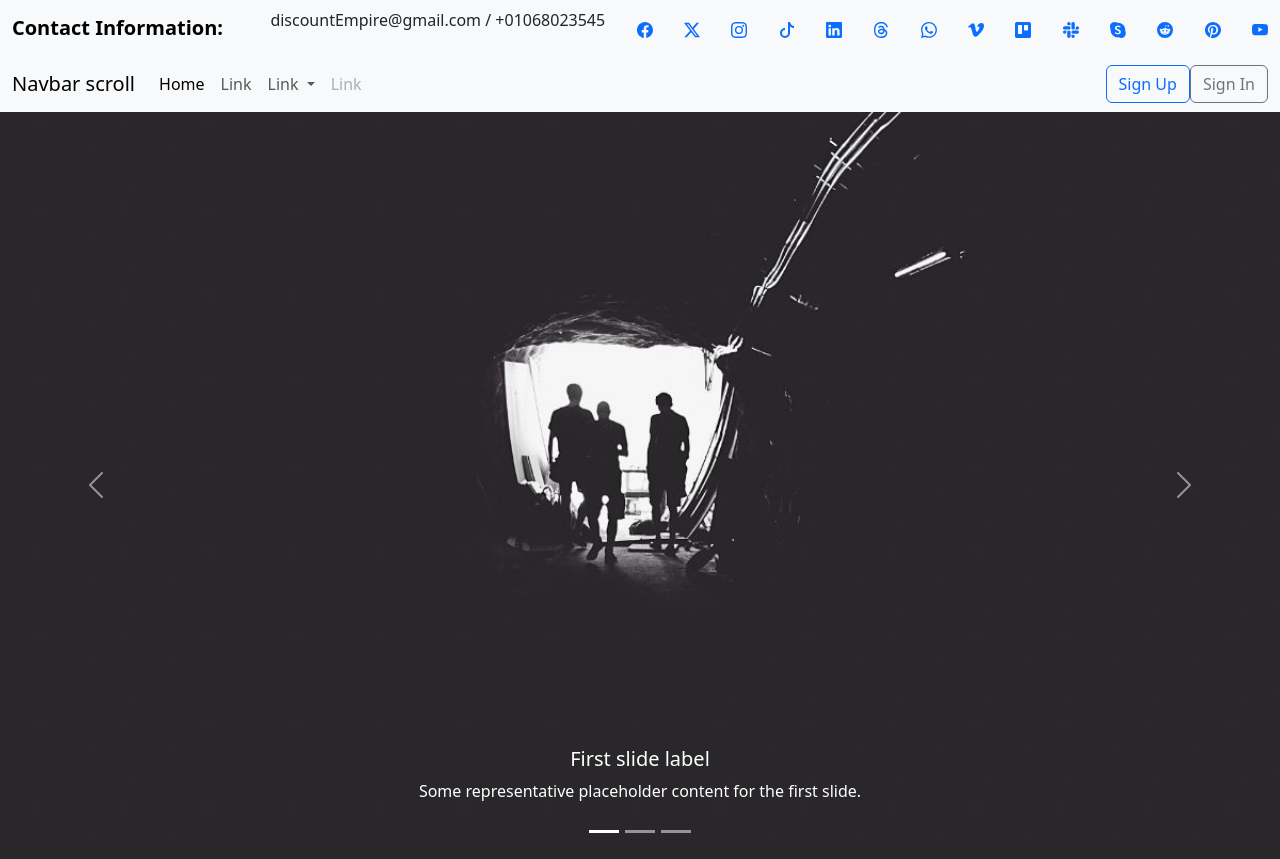
Repository: HaziimYassien/The-Discount-Empire
Page: index.html
The author's editor kept a copy of each file at every save. The page is drawn from the files as they stood at one save, then again after the next save.
The browser window is 1280 px wide. The pictures show the whole page.

Above is the page before, as saved 2024-01-24 18:11:49.

### index.html
<!DOCTYPE html>
<html lang="en">
  <head>
    <meta charset="UTF-8" />
    <meta name="viewport" content="width=device-width, initial-scale=1.0" />
<link href="https://cdn.jsdelivr.net/npm/bootstrap@5.3.2/dist/css/bootstrap.min.css" rel="stylesheet" integrity="sha384-T3c6CoIi6uLrA9TneNEoa7RxnatzjcDSCmG1MXxSR1GAsXEV/Dwwykc2MPK8M2HN" crossorigin="anonymous">
<script src="https://cdn.jsdelivr.net/npm/bootstrap@5.3.2/dist/js/bootstrap.bundle.min.js" integrity="sha384-C6RzsynM9kWDrMNeT87bh95OGNyZPhcTNXj1NW7RuBCsyN/o0jlpcV8Qyq46cDfL" crossorigin="anonymous"></script>

    <title>Document</title>
  </head>
  <body>
    <!-- START _SocialMediaBar -->
<nav class="h-auto navbar sticky-top navbar-light bg-light">
  <div class="h-1 container-fluid">
    <strong class="mb-0 navbar-brand" href="#">Contact Information:  </strong>
    <p>discountEmpire@gmail.com / +01068023545</p>
    <a href="#">
 <svg xmlns="http://www.w3.org/2000/svg" width="16" height="16" fill="currentColor" class="bi bi-facebook" viewBox="0 0 16 16">
  <path d="M16 8.049c0-4.446-3.582-8.05-8-8.05C3.58 0-.002 3.603-.002 8.05c0 4.017 2.926 7.347 6.75 7.951v-5.625h-2.03V8.05H6.75V6.275c0-2.017 1.195-3.131 3.022-3.131.876 0 1.791.157 1.791.157v1.98h-1.009c-.993 0-1.303.621-1.303 1.258v1.51h2.218l-.354 2.326H9.25V16c3.824-.604 6.75-3.934 6.75-7.951"/>
</svg>
    </a>

    <a href="#">
<svg xmlns="http://www.w3.org/2000/svg" width="16" height="16" fill="currentColor" class="bi bi-twitter-x" viewBox="0 0 16 16">
  <path d="M12.6.75h2.454l-5.36 6.142L16 15.25h-4.937l-3.867-5.07-4.425 5.07H.316l5.733-6.57L0 .75h5.063l3.495 4.633L12.601.75Zm-.86 13.028h1.36L4.323 2.145H2.865z"/>
</svg>
</a>
<a href="#">
<svg xmlns="http://www.w3.org/2000/svg" width="16" height="16" fill="currentColor" class="bi bi-instagram" viewBox="0 0 16 16">
  <path d="M8 0C5.829 0 5.556.01 4.703.048 3.85.088 3.269.222 2.76.42a3.9 3.9 0 0 0-1.417.923A3.9 3.9 0 0 0 .42 2.76C.222 3.268.087 3.85.048 4.7.01 5.555 0 5.827 0 8.001c0 2.172.01 2.444.048 3.297.04.852.174 1.433.372 1.942.205.526.478.972.923 1.417.444.445.89.719 1.416.923.51.198 1.09.333 1.942.372C5.555 15.99 5.827 16 8 16s2.444-.01 3.298-.048c.851-.04 1.434-.174 1.943-.372a3.9 3.9 0 0 0 1.416-.923c.445-.445.718-.891.923-1.417.197-.509.332-1.09.372-1.942C15.99 10.445 16 10.173 16 8s-.01-2.445-.048-3.299c-.04-.851-.175-1.433-.372-1.941a3.9 3.9 0 0 0-.923-1.417A3.9 3.9 0 0 0 13.24.42c-.51-.198-1.092-.333-1.943-.372C10.443.01 10.172 0 7.998 0zm-.717 1.442h.718c2.136 0 2.389.007 3.232.046.78.035 1.204.166 1.486.275.373.145.64.319.92.599s.453.546.598.92c.11.281.24.705.275 1.485.039.843.047 1.096.047 3.231s-.008 2.389-.047 3.232c-.035.78-.166 1.203-.275 1.485a2.5 2.5 0 0 1-.599.919c-.28.28-.546.453-.92.598-.28.11-.704.24-1.485.276-.843.038-1.096.047-3.232.047s-2.39-.009-3.233-.047c-.78-.036-1.203-.166-1.485-.276a2.5 2.5 0 0 1-.92-.598 2.5 2.5 0 0 1-.6-.92c-.109-.281-.24-.705-.275-1.485-.038-.843-.046-1.096-.046-3.233s.008-2.388.046-3.231c.036-.78.166-1.204.276-1.486.145-.373.319-.64.599-.92s.546-.453.92-.598c.282-.11.705-.24 1.485-.276.738-.034 1.024-.044 2.515-.045zm4.988 1.328a.96.96 0 1 0 0 1.92.96.96 0 0 0 0-1.92m-4.27 1.122a4.109 4.109 0 1 0 0 8.217 4.109 4.109 0 0 0 0-8.217m0 1.441a2.667 2.667 0 1 1 0 5.334 2.667 2.667 0 0 1 0-5.334"/>
</svg>
</a>
<a href="#">
<svg xmlns="http://www.w3.org/2000/svg" width="16" height="16" fill="currentColor" class="bi bi-tiktok" viewBox="0 0 16 16">
  <path d="M9 0h1.98c.144.715.54 1.617 1.235 2.512C12.895 3.389 13.797 4 15 4v2c-1.753 0-3.07-.814-4-1.829V11a5 5 0 1 1-5-5v2a3 3 0 1 0 3 3z"/>
</svg>
</a>
<a href="#">
<svg xmlns="http://www.w3.org/2000/svg" width="16" height="16" fill="currentColor" class="bi bi-linkedin" viewBox="0 0 16 16">
  <path d="M0 1.146C0 .513.526 0 1.175 0h13.65C15.474 0 16 .513 16 1.146v13.708c0 .633-.526 1.146-1.175 1.146H1.175C.526 16 0 15.487 0 14.854zm4.943 12.248V6.169H2.542v7.225zm-1.2-8.212c.837 0 1.358-.554 1.358-1.248-.015-.709-.52-1.248-1.342-1.248S2.4 3.226 2.4 3.934c0 .694.521 1.248 1.327 1.248zm4.908 8.212V9.359c0-.216.016-.432.08-.586.173-.431.568-.878 1.232-.878.869 0 1.216.662 1.216 1.634v3.865h2.401V9.25c0-2.22-1.184-3.252-2.764-3.252-1.274 0-1.845.7-2.165 1.193v.025h-.016l.016-.025V6.169h-2.4c.03.678 0 7.225 0 7.225z"/>
</svg>
</a>
<a href="#">
<svg xmlns="http://www.w3.org/2000/svg" width="16" height="16" fill="currentColor" class="bi bi-threads" viewBox="0 0 16 16">
  <path d="M6.321 6.016c-.27-.18-1.166-.802-1.166-.802.756-1.081 1.753-1.502 3.132-1.502.975 0 1.803.327 2.394.948s.928 1.509 1.005 2.644q.492.207.905.484c1.109.745 1.719 1.86 1.719 3.137 0 2.716-2.226 5.075-6.256 5.075C4.594 16 1 13.987 1 7.994 1 2.034 4.482 0 8.044 0 9.69 0 13.55.243 15 5.036l-1.36.353C12.516 1.974 10.163 1.43 8.006 1.43c-3.565 0-5.582 2.171-5.582 6.79 0 4.143 2.254 6.343 5.63 6.343 2.777 0 4.847-1.443 4.847-3.556 0-1.438-1.208-2.127-1.27-2.127-.236 1.234-.868 3.31-3.644 3.31-1.618 0-3.013-1.118-3.013-2.582 0-2.09 1.984-2.847 3.55-2.847.586 0 1.294.04 1.663.114 0-.637-.54-1.728-1.9-1.728-1.25 0-1.566.405-1.967.868ZM8.716 8.19c-2.04 0-2.304.87-2.304 1.416 0 .878 1.043 1.168 1.6 1.168 1.02 0 2.067-.282 2.232-2.423a6.2 6.2 0 0 0-1.528-.161"/>
</svg>
</a>
<a href="#">
<svg xmlns="http://www.w3.org/2000/svg" width="16" height="16" fill="currentColor" class="bi bi-whatsapp" viewBox="0 0 16 16">
  <path d="M13.601 2.326A7.85 7.85 0 0 0 7.994 0C3.627 0 .068 3.558.064 7.926c0 1.399.366 2.76 1.057 3.965L0 16l4.204-1.102a7.9 7.9 0 0 0 3.79.965h.004c4.368 0 7.926-3.558 7.93-7.93A7.9 7.9 0 0 0 13.6 2.326zM7.994 14.521a6.6 6.6 0 0 1-3.356-.92l-.24-.144-2.494.654.666-2.433-.156-.251a6.56 6.56 0 0 1-1.007-3.505c0-3.626 2.957-6.584 6.591-6.584a6.56 6.56 0 0 1 4.66 1.931 6.56 6.56 0 0 1 1.928 4.66c-.004 3.639-2.961 6.592-6.592 6.592m3.615-4.934c-.197-.099-1.17-.578-1.353-.646-.182-.065-.315-.099-.445.099-.133.197-.513.646-.627.775-.114.133-.232.148-.43.05-.197-.1-.836-.308-1.592-.985-.59-.525-.985-1.175-1.103-1.372-.114-.198-.011-.304.088-.403.087-.088.197-.232.296-.346.1-.114.133-.198.198-.33.065-.134.034-.248-.015-.347-.05-.099-.445-1.076-.612-1.47-.16-.389-.323-.335-.445-.34-.114-.007-.247-.007-.38-.007a.73.73 0 0 0-.529.247c-.182.198-.691.677-.691 1.654s.71 1.916.81 2.049c.098.133 1.394 2.132 3.383 2.992.47.205.84.326 1.129.418.475.152.904.129 1.246.08.38-.058 1.171-.48 1.338-.943.164-.464.164-.86.114-.943-.049-.084-.182-.133-.38-.232"/>
</svg>
</a>
<a href="#">
<svg xmlns="http://www.w3.org/2000/svg" width="16" height="16" fill="currentColor" class="bi bi-vimeo" viewBox="0 0 16 16">
  <path d="M15.992 4.204q-.106 2.334-3.262 6.393-3.263 4.243-5.522 4.243-1.4 0-2.367-2.583L3.55 7.523Q2.83 4.939 2.007 4.94q-.178.001-1.254.754L0 4.724a210 210 0 0 0 2.334-2.081q1.581-1.364 2.373-1.437 1.865-.185 2.298 2.553.466 2.952.646 3.666.54 2.447 1.186 2.445.5 0 1.508-1.587 1.006-1.587 1.077-2.415.144-1.37-1.077-1.37a3 3 0 0 0-1.185.261q1.183-3.86 4.508-3.756 2.466.075 2.324 3.2z"/>
</svg>
</a>
<a href="#">
<svg xmlns="http://www.w3.org/2000/svg" width="16" height="16" fill="currentColor" class="bi bi-trello" viewBox="0 0 16 16">
  <path d="M14.1 0H1.903C.852 0 .002.85 0 1.9v12.19A1.9 1.9 0 0 0 1.902 16h12.199A1.9 1.9 0 0 0 16 14.09V1.9A1.9 1.9 0 0 0 14.1 0M7 11.367a.636.636 0 0 1-.64.633H3.593a.633.633 0 0 1-.63-.633V3.583c0-.348.281-.631.63-.633h2.765c.35.002.632.284.633.633zm6.052-3.5a.633.633 0 0 1-.64.633h-2.78A.636.636 0 0 1 9 7.867V3.583a.636.636 0 0 1 .633-.633h2.778c.35.002.631.285.631.633z"/>
</svg>
</a>
<a href="#">
<svg xmlns="http://www.w3.org/2000/svg" width="16" height="16" fill="currentColor" class="bi bi-slack" viewBox="0 0 16 16">
  <path d="M3.362 10.11c0 .926-.756 1.681-1.681 1.681S0 11.036 0 10.111.756 8.43 1.68 8.43h1.682zm.846 0c0-.924.756-1.68 1.681-1.68s1.681.756 1.681 1.68v4.21c0 .924-.756 1.68-1.68 1.68a1.685 1.685 0 0 1-1.682-1.68zM5.89 3.362c-.926 0-1.682-.756-1.682-1.681S4.964 0 5.89 0s1.68.756 1.68 1.68v1.682zm0 .846c.924 0 1.68.756 1.68 1.681S6.814 7.57 5.89 7.57H1.68C.757 7.57 0 6.814 0 5.89c0-.926.756-1.682 1.68-1.682zm6.749 1.682c0-.926.755-1.682 1.68-1.682S16 4.964 16 5.889s-.756 1.681-1.68 1.681h-1.681zm-.848 0c0 .924-.755 1.68-1.68 1.68A1.685 1.685 0 0 1 8.43 5.89V1.68C8.43.757 9.186 0 10.11 0c.926 0 1.681.756 1.681 1.68zm-1.681 6.748c.926 0 1.682.756 1.682 1.681S11.036 16 10.11 16s-1.681-.756-1.681-1.68v-1.682h1.68zm0-.847c-.924 0-1.68-.755-1.68-1.68s.756-1.681 1.68-1.681h4.21c.924 0 1.68.756 1.68 1.68 0 .926-.756 1.681-1.68 1.681z"/>
</svg>
</a>
<a href="#">
<svg xmlns="http://www.w3.org/2000/svg" width="16" height="16" fill="currentColor" class="bi bi-skype" viewBox="0 0 16 16">
  <path d="M4.671 0c.88 0 1.733.247 2.468.702a7.42 7.42 0 0 1 6.02 2.118 7.37 7.37 0 0 1 2.167 5.215q0 .517-.072 1.026a4.66 4.66 0 0 1 .6 2.281 4.64 4.64 0 0 1-1.37 3.294A4.67 4.67 0 0 1 11.18 16c-.84 0-1.658-.226-2.37-.644a7.42 7.42 0 0 1-6.114-2.107A7.37 7.37 0 0 1 .529 8.035q0-.545.08-1.081a4.644 4.644 0 0 1 .76-5.59A4.68 4.68 0 0 1 4.67 0zm.447 7.01c.18.309.43.572.729.769a7 7 0 0 0 1.257.653q.737.308 1.145.523c.229.112.437.264.615.448.135.142.21.331.21.528a.87.87 0 0 1-.335.723c-.291.196-.64.289-.99.264a2.6 2.6 0 0 1-1.048-.206 11 11 0 0 1-.532-.253 1.3 1.3 0 0 0-.587-.15.72.72 0 0 0-.501.176.63.63 0 0 0-.195.491.8.8 0 0 0 .148.482 1.2 1.2 0 0 0 .456.354 5.1 5.1 0 0 0 2.212.419 4.6 4.6 0 0 0 1.624-.265 2.3 2.3 0 0 0 1.08-.801c.267-.39.402-.855.386-1.327a2.1 2.1 0 0 0-.279-1.101 2.5 2.5 0 0 0-.772-.792A7 7 0 0 0 8.486 7.3a1 1 0 0 0-.145-.058 18 18 0 0 1-1.013-.447 1.8 1.8 0 0 1-.54-.387.73.73 0 0 1-.2-.508.8.8 0 0 1 .385-.723 1.76 1.76 0 0 1 .968-.247c.26-.003.52.03.772.096q.412.119.802.293c.105.049.22.075.336.076a.6.6 0 0 0 .453-.19.7.7 0 0 0 .18-.496.72.72 0 0 0-.17-.476 1.4 1.4 0 0 0-.556-.354 3.7 3.7 0 0 0-.708-.183 6 6 0 0 0-1.022-.078 4.5 4.5 0 0 0-1.536.258 2.7 2.7 0 0 0-1.174.784 1.9 1.9 0 0 0-.45 1.287c-.01.37.076.736.25 1.063"/>
</svg>
</a>
<a href="#">
<svg xmlns="http://www.w3.org/2000/svg" width="16" height="16" fill="currentColor" class="bi bi-reddit" viewBox="0 0 16 16">
  <path d="M6.167 8a.83.83 0 0 0-.83.83c0 .459.372.84.83.831a.831.831 0 0 0 0-1.661m1.843 3.647c.315 0 1.403-.038 1.976-.611a.23.23 0 0 0 0-.306.213.213 0 0 0-.306 0c-.353.363-1.126.487-1.67.487-.545 0-1.308-.124-1.671-.487a.213.213 0 0 0-.306 0 .213.213 0 0 0 0 .306c.564.563 1.652.61 1.977.61zm.992-2.807c0 .458.373.83.831.83s.83-.381.83-.83a.831.831 0 0 0-1.66 0z"/>
  <path d="M16 8A8 8 0 1 1 0 8a8 8 0 0 1 16 0m-3.828-1.165c-.315 0-.602.124-.812.325-.801-.573-1.9-.945-3.121-.993l.534-2.501 1.738.372a.83.83 0 1 0 .83-.869.83.83 0 0 0-.744.468l-1.938-.41a.2.2 0 0 0-.153.028.2.2 0 0 0-.086.134l-.592 2.788c-1.24.038-2.358.41-3.17.992-.21-.2-.496-.324-.81-.324a1.163 1.163 0 0 0-.478 2.224q-.03.17-.029.353c0 1.795 2.091 3.256 4.669 3.256s4.668-1.451 4.668-3.256c0-.114-.01-.238-.029-.353.401-.181.688-.592.688-1.069 0-.65-.525-1.165-1.165-1.165"/>
</svg>
</a>
<a href="#">
<svg xmlns="http://www.w3.org/2000/svg" width="16" height="16" fill="currentColor" class="bi bi-pinterest" viewBox="0 0 16 16">
  <path d="M8 0a8 8 0 0 0-2.915 15.452c-.07-.633-.134-1.606.027-2.297.146-.625.938-3.977.938-3.977s-.239-.479-.239-1.187c0-1.113.645-1.943 1.448-1.943.682 0 1.012.512 1.012 1.127 0 .686-.437 1.712-.663 2.663-.188.796.4 1.446 1.185 1.446 1.422 0 2.515-1.5 2.515-3.664 0-1.915-1.377-3.254-3.342-3.254-2.276 0-3.612 1.707-3.612 3.471 0 .688.265 1.425.595 1.826a.24.24 0 0 1 .056.23c-.061.252-.196.796-.222.907-.035.146-.116.177-.268.107-1-.465-1.624-1.926-1.624-3.1 0-2.523 1.834-4.84 5.286-4.84 2.775 0 4.932 1.977 4.932 4.62 0 2.757-1.739 4.976-4.151 4.976-.811 0-1.573-.421-1.834-.919l-.498 1.902c-.181.695-.669 1.566-.995 2.097A8 8 0 1 0 8 0"/>
</svg>
</a>
<a href="#">
<svg xmlns="http://www.w3.org/2000/svg" width="16" height="16" fill="currentColor" class="bi bi-youtube" viewBox="0 0 16 16">
  <path d="M8.051 1.999h.089c.822.003 4.987.033 6.11.335a2.01 2.01 0 0 1 1.415 1.42c.101.38.172.883.22 1.402l.01.104.022.26.008.104c.065.914.073 1.77.074 1.957v.075c-.001.194-.01 1.108-.082 2.06l-.008.105-.009.104c-.05.572-.124 1.14-.235 1.558a2.01 2.01 0 0 1-1.415 1.42c-1.16.312-5.569.334-6.18.335h-.142c-.309 0-1.587-.006-2.927-.052l-.17-.006-.087-.004-.171-.007-.171-.007c-1.11-.049-2.167-.128-2.654-.26a2.01 2.01 0 0 1-1.415-1.419c-.111-.417-.185-.986-.235-1.558L.09 9.82l-.008-.104A31 31 0 0 1 0 7.68v-.123c.002-.215.01-.958.064-1.778l.007-.103.003-.052.008-.104.022-.26.01-.104c.048-.519.119-1.023.22-1.402a2.01 2.01 0 0 1 1.415-1.42c.487-.13 1.544-.21 2.654-.26l.17-.007.172-.006.086-.003.171-.007A100 100 0 0 1 7.858 2zM6.4 5.209v4.818l4.157-2.408z"/>
</svg>
</a>
  </div>
</nav>
    <!-- END _SocialMediaBar -->
    <!-- START _NavBar -->
    <nav class="navbar navbar-expand-lg navbar-light bg-light">
      <div class="container-fluid">
        <a class="navbar-brand" href="#">Navbar scroll</a>
        <button
          class="navbar-toggler"
          type="button"
          data-bs-toggle="collapse"
          data-bs-target="#navbarScroll"
          aria-controls="navbarScroll"
          aria-expanded="false"
          aria-label="Toggle navigation"
        >
          <span class="navbar-toggler-icon"></span>
        </button>
        <div class="collapse navbar-collapse" id="navbarScroll">
          <ul
            class="navbar-nav me-auto my-2 my-lg-0 navbar-nav-scroll"
            style="--bs-scroll-height: 100px"
          >
            <li class="nav-item">
              <a class="nav-link active" aria-current="page" href="#">Home</a>
            </li>
            <li class="nav-item">
              <a class="nav-link" href="#">Link</a>
            </li>
            <li class="nav-item dropdown">
              <a
                class="nav-link dropdown-toggle"
                href="#"
                id="navbarScrollingDropdown"
                role="button"
                data-bs-toggle="dropdown"
                aria-expanded="false"
              >
                Link
              </a>
              <ul
                class="dropdown-menu"
                aria-labelledby="navbarScrollingDropdown"
              >
                <li><a class="dropdown-item" href="#">Action</a></li>
                <li><a class="dropdown-item" href="#">Another action</a></li>
                <li><hr class="dropdown-divider" /></li>
                <li>
                  <a class="dropdown-item" href="#">Something else here</a>
                </li>
              </ul>
            </li>
            <li class="nav-item">
              <a
                class="nav-link disabled"
                href="#"
                tabindex="-1"
                aria-disabled="true"
                >Link</a
              >
            </li>
          </ul>

            <button class="btn btn-outline-primary" type="#">
              Sign Up
            </button>
              <button class="btn btn-outline-secondary" type="#">
              Sign In
            </button>
          </form>
        </div>
      </div>
    </nav>
    <!-- END _NavBar -->


    <!-- START _Gallery -->

<div id="carouselExampleDark" class="carousel carousel-light slide" data-bs-ride="carousel">
  <div class="carousel-indicators">
    <button type="button" data-bs-target="#carouselExampleDark" data-bs-slide-to="0" class="active" aria-current="true" aria-label="Slide 1"></button>
    <button type="button" data-bs-target="#carouselExampleDark" data-bs-slide-to="1" aria-label="Slide 2"></button>
    <button type="button" data-bs-target="#carouselExampleDark" data-bs-slide-to="2" aria-label="Slide 3"></button>
  </div>
  <div class="carousel-inner">
    <div class="carousel-item active" data-bs-interval="10000">
      <img src="/img/la.jpg" class="d-block w-100" alt="...">
      <div class="carousel-caption d-none d-md-block">
        <h5>First slide label</h5>
        <p>Some representative placeholder content for the first slide.</p>
      </div>
    </div>
    <div class="carousel-item" data-bs-interval="2000">
      <img src="/img/la.jpg" class="d-block w-100" alt="...">
      <div class="carousel-caption d-none d-md-block">
        <h5>Second slide label</h5>
        <p>Some representative placeholder content for the second slide.</p>
      </div>
    </div>
    <div class="carousel-item">
      <img src="/img/la.jpg" class="d-block w-100" alt="...">
      <div class="carousel-caption d-none d-md-block">
        <h5>Third slide label</h5>
        <p>Some representative placeholder content for the third slide.</p>
      </div>
    </div>
  </div>
  <button class="carousel-control-prev" type="button" data-bs-target="#carouselExampleDark" data-bs-slide="prev">
    <span class="carousel-control-prev-icon" aria-hidden="true"></span>
    <span class="visually-hidden">Previous</span>
  </button>
  <button class="carousel-control-next" type="button" data-bs-target="#carouselExampleDark" data-bs-slide="next">
    <span class="carousel-control-next-icon" aria-hidden="true"></span>
    <span class="visually-hidden">Next</span>
  </button>
</div>
    <!-- END _Gallery -->

  </body>
</html>

After the next save:
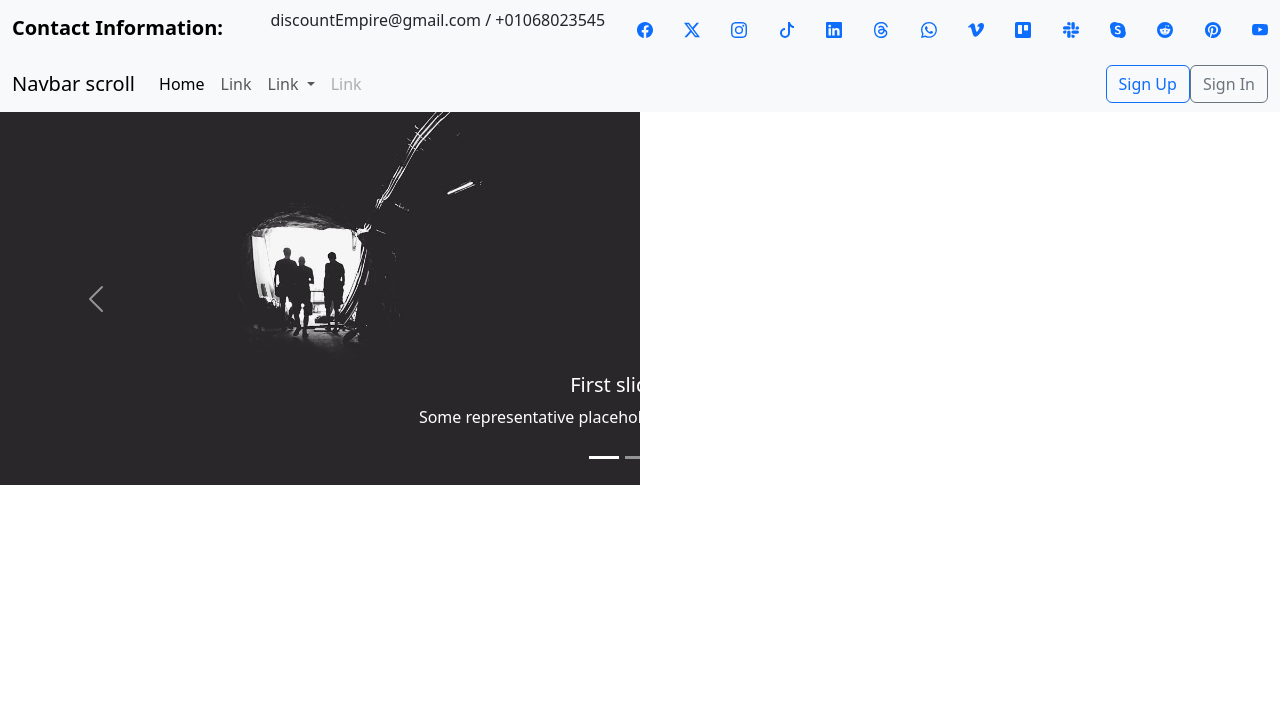
Saved 21 s later.
--- a/index.html
+++ b/index.html
@@ -172,7 +172,7 @@
   </div>
   <div class="carousel-inner">
     <div class="carousel-item active" data-bs-interval="10000">
-      <img src="/img/la.jpg" class="d-block w-100" alt="...">
+      <img src="/img/la.jpg" class="d-block w-50" alt="...">
       <div class="carousel-caption d-none d-md-block">
         <h5>First slide label</h5>
         <p>Some representative placeholder content for the first slide.</p>

After the save that followed:
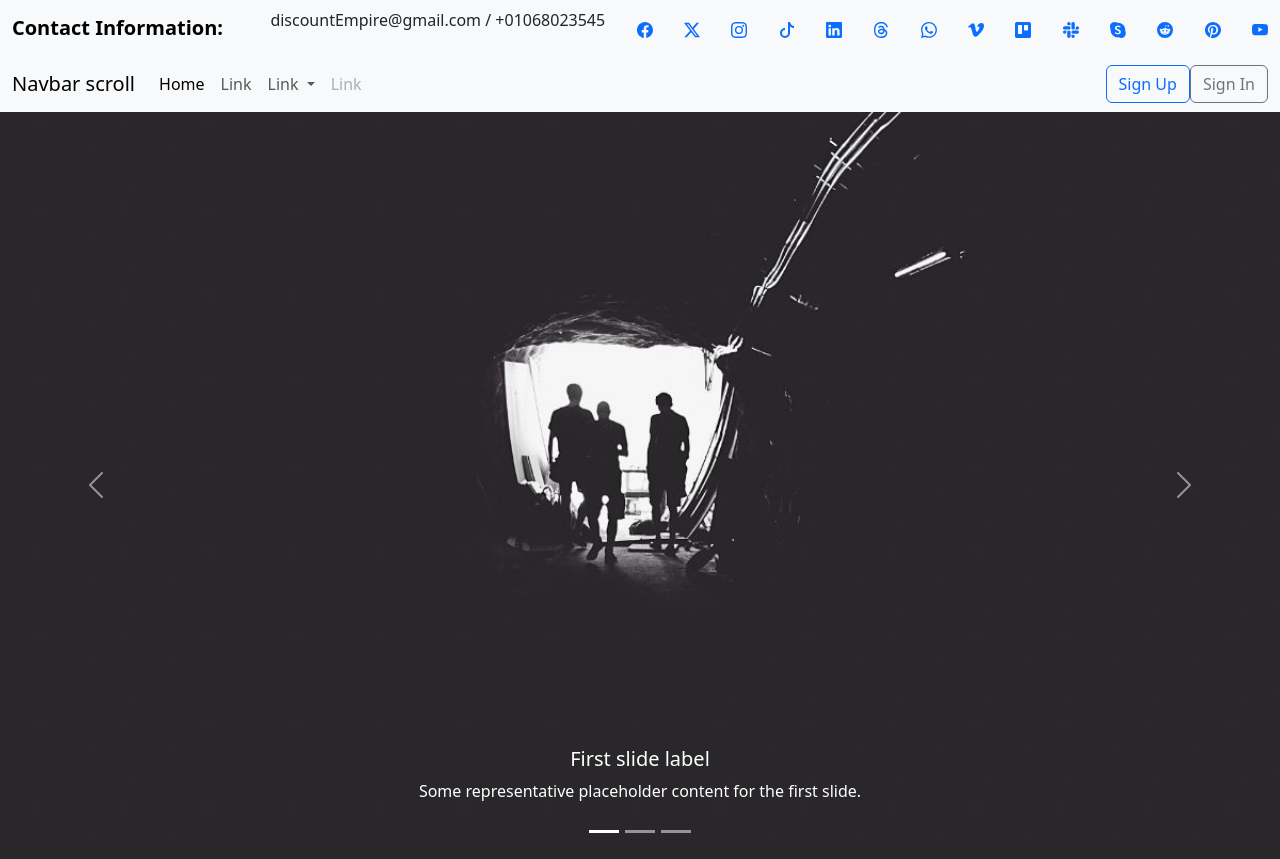
Saved 6 s later.
--- a/index.html
+++ b/index.html
@@ -172,7 +172,7 @@
   </div>
   <div class="carousel-inner">
     <div class="carousel-item active" data-bs-interval="10000">
-      <img src="/img/la.jpg" class="d-block w-50" alt="...">
+      <img src="/img/la.jpg" class="d-block w-100" alt="...">
       <div class="carousel-caption d-none d-md-block">
         <h5>First slide label</h5>
         <p>Some representative placeholder content for the first slide.</p>
